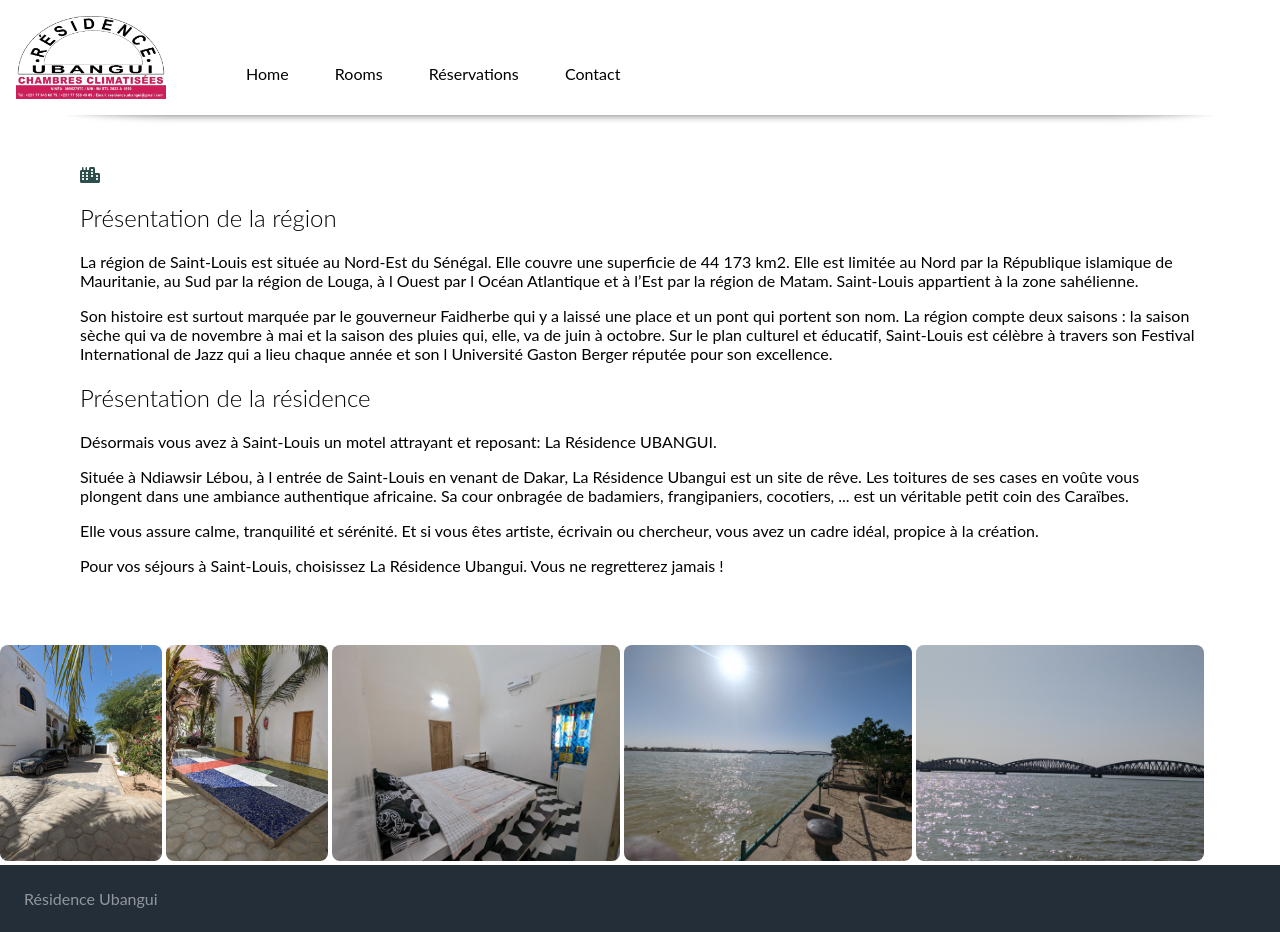
Repository: Nedjim/ubangui
Page: /
These files come from the project's save history. The page is drawn as it stood at one moment and after the next save; the edit follows.
The browser window is 1280 px wide. The pictures show the whole page.
The project was rebuilt for these pictures with package versions that can differ from the ones it lists, and the page was loaded fresh each time. The framework's server and built-in components were replaced by stand-ins that run in the browser. Also part of the build but not shown: nuxt.config.ts, components/PageTitle.vue, components/Test.vue.

Above is the page before, as saved 2024-01-11 22:19:44.

After the next save:
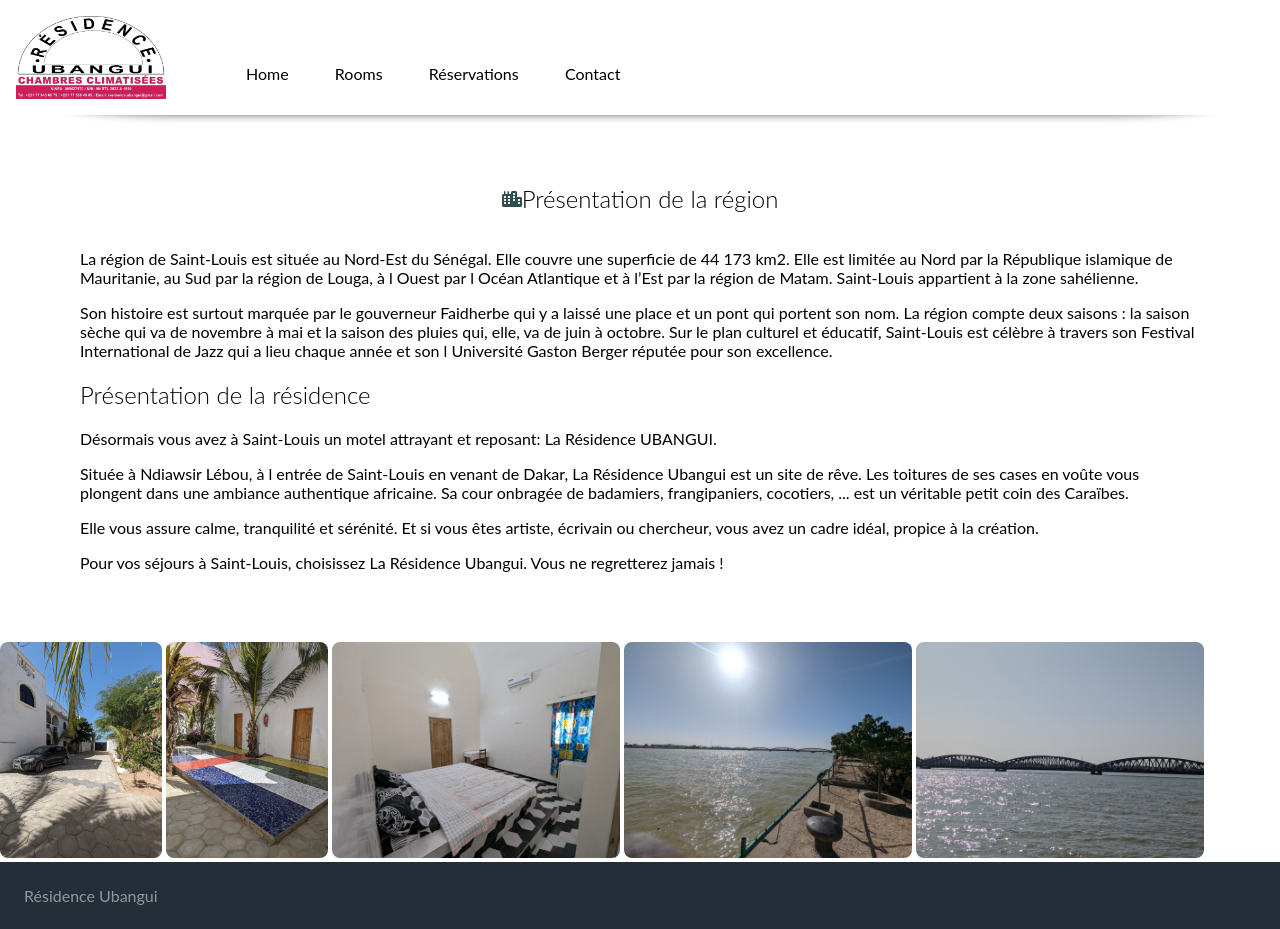
Saved 68 s later.
--- a/pages/index.vue
+++ b/pages/index.vue
@@ -18,7 +18,7 @@
   <div>
     <div class="presentation">
       <div>
-        <div>
+        <div class="title">
           <font-awesome-icon class="icon" icon="fa-solid fa-city" />
           <h2>Présentation de la région</h2>
         </div>
@@ -44,6 +44,11 @@
   margin-bottom: 24px;
 }
 
+.title {
+  display: flex;
+  justify-content: center;
+  align-items: center;
+}
 .icon {
   color: darkslategray;
 }
